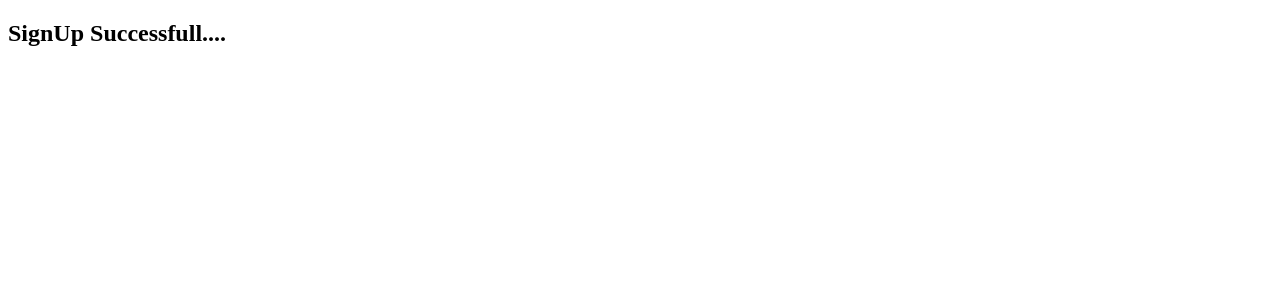
Repository: USChaurasiya/SpringCore
Page: http://localhost/SpringExample/Success.jsp
The author's editor kept a copy of each file at every save. The page is drawn from the files as they stood at one save, then again after the next save.
The browser window is 1280 px wide. The pictures show the whole page.
The page is served by Tomcat 9. Other server files are loaded and not shown.

Above is the page before, as saved 2017-02-14 06:37:31.

### SpringExample/WebContent/Success.jsp
<%@ page language="java" contentType="text/html; charset=UTF-8"
    pageEncoding="UTF-8"%>
<!DOCTYPE html PUBLIC "-//W3C//DTD HTML 4.01 Transitional//EN" "http://www.w3.org/TR/html4/loose.dtd">
<html>
<head>
<meta http-equiv="Content-Type" content="text/html; charset=UTF-8">
<title>Insert title here</title>
</head>
<body>
<h2>SignUp Successfull....</h2>
</body>
</html>

After the next save:
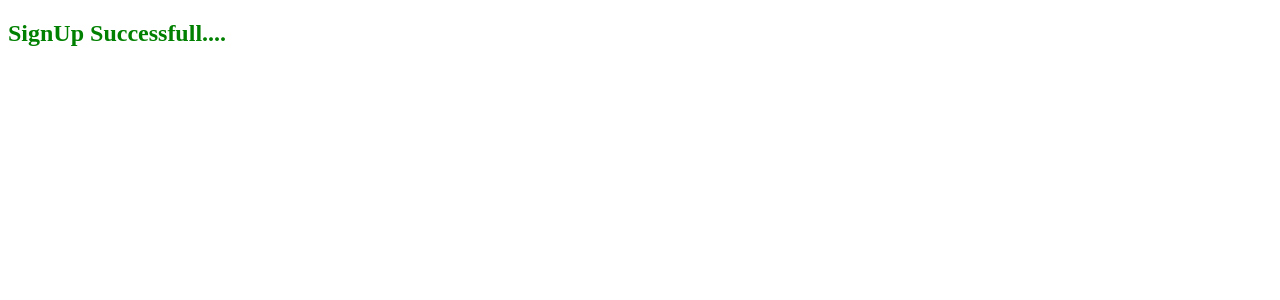
Saved 25 s later.
--- a/SpringExample/WebContent/Success.jsp
+++ b/SpringExample/WebContent/Success.jsp
@@ -7,6 +7,6 @@
 <title>Insert title here</title>
 </head>
 <body>
-<h2>SignUp Successfull....</h2>
+<h2><font color="green">SignUp Successfull....</font></h2>
 </body>
 </html>
